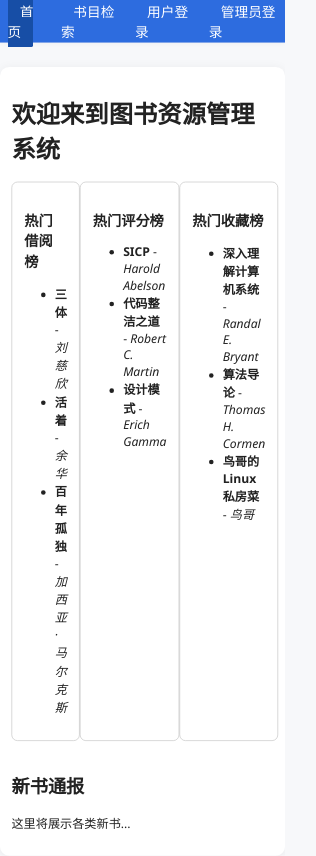
Repository: MercuryRandom/Library-Resource-Management-System
Page: / (app in frontend/)
The author's editor kept a copy of each file at every save. The page is drawn from the files as they stood at one save, then again after the next save.
The browser window is 375 px wide. The page is 375 px wide, then 416 px, so the pictures cover 416 px, including what lies to the right of the window. The pictures show the whole page, at 76% of full size.
The project was rebuilt for these pictures with package versions that can differ from the ones it lists, and the page was loaded fresh each time. Also part of the build but not shown: frontend/vite.config.js, frontend/src/pages/SearchPage.jsx, frontend/src/pages/LoginPage.jsx, frontend/src/pages/AdminLoginPage.jsx, frontend/src/pages/AdminPage.jsx, frontend/src/pages/admin/ReaderManagementPage.jsx, frontend/src/pages/admin/BookManagementPage.jsx, frontend/src/pages/admin/BorrowManagementPage.jsx.

Above is the page before, as saved 2025-06-25 20:11:28.

After the next save:
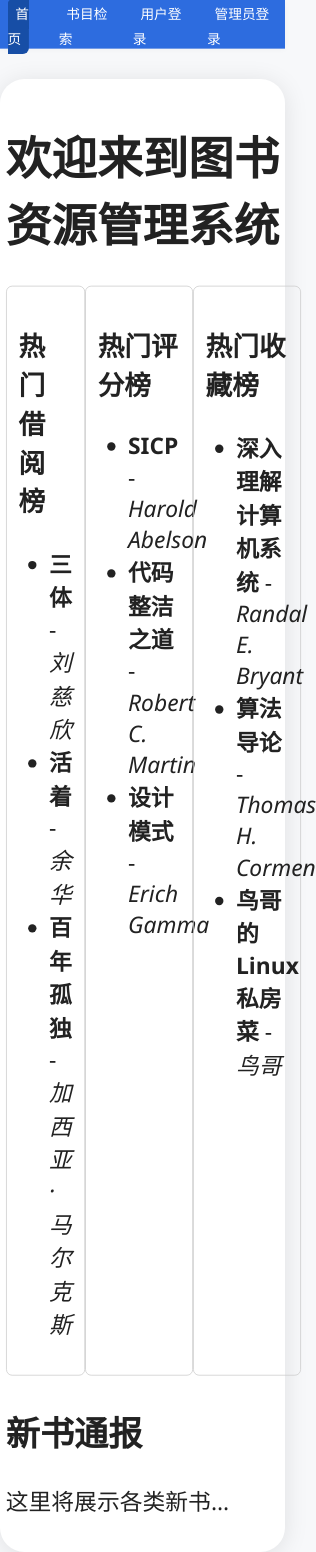
Saved 4 min 58 s later.
--- a/frontend/src/App.css
+++ b/frontend/src/App.css
@@ -4,6 +4,7 @@ body {
   font-family: 'Segoe UI', 'Arial', sans-serif;
   background: #f7f8fa;
   color: #222;
+  font-size: 24px;
 }
 
 #root {
@@ -25,20 +26,20 @@ nav ul {
   margin: 0;
   padding: 0;
   list-style: none;
-  height: 56px;
+  height: 64px;
 }
 
 nav ul li {
-  margin: 0 32px;
+  margin: 0 60px;
 }
 
 nav ul li a {
   color: #fff;
   text-decoration: none;
-  font-size: 18px;
+  font-size: 28px;
   font-weight: 500;
-  padding: 8px 16px;
-  border-radius: 4px;
+  padding: 14px 32px;
+  border-radius: 8px;
   transition: background 0.2s;
 }
 
@@ -49,21 +50,91 @@ nav ul li a.active {
 
 main {
   flex: 1;
-  max-width: 900px;
-  margin: 32px auto 0 auto;
+  max-width: 1600px;
+  margin: 40px auto 0 auto;
   background: #fff;
-  border-radius: 12px;
-  box-shadow: 0 2px 16px rgba(0, 0, 0, 0.06);
-  padding: 32px 40px 40px 40px;
+  border-radius: 32px;
+  box-shadow: 0 4px 32px rgba(0, 0, 0, 0.10);
+  padding: 64px 80px 80px 80px;
+  font-size: 1.25em;
 }
 
-@media (max-width: 600px) {
+/* 登录/注册卡片样式 */
+.form-card {
+  max-width: 520px;
+  margin: 60px auto;
+  padding: 48px 40px 40px 40px;
+  background: #f5f7fb;
+  border-radius: 24px;
+  box-shadow: 0 2px 16px rgba(0, 0, 0, 0.08);
+}
+
+.form-card h2 {
+  text-align: center;
+  margin-bottom: 32px;
+  font-size: 2.2em;
+}
+
+.form-card label {
+  font-size: 1.1em;
+  margin-bottom: 8px;
+}
+
+.form-card input {
+  width: 100%;
+  padding: 14px;
+  font-size: 1.1em;
+  border: 1px solid #bfc8e0;
+  border-radius: 8px;
+  margin-bottom: 24px;
+  background: #fff;
+  box-sizing: border-box;
+}
+
+.form-card button {
+  width: 100%;
+  padding: 16px;
+  font-size: 1.1em;
+  background: #2d6cdf;
+  color: #fff;
+  border: none;
+  border-radius: 8px;
+  margin-top: 8px;
+  cursor: pointer;
+  transition: background 0.2s;
+}
+
+.form-card button:hover {
+  background: #174ea6;
+}
+
+.form-card .form-link {
+  display: block;
+  text-align: right;
+  margin-top: 12px;
+  color: #2d6cdf;
+  text-decoration: underline;
+  cursor: pointer;
+  font-size: 1em;
+}
+
+@media (max-width: 900px) {
   main {
-    padding: 16px 4vw;
+    max-width: 98vw;
+    padding: 16px 2vw;
   }
 
   nav ul li {
     margin: 0 10px;
+  }
+
+  nav ul li a {
+    font-size: 18px;
+    padding: 8px 10px;
+  }
+
+  .form-card {
+    padding: 24px 8px 24px 8px;
   }
 }
 
